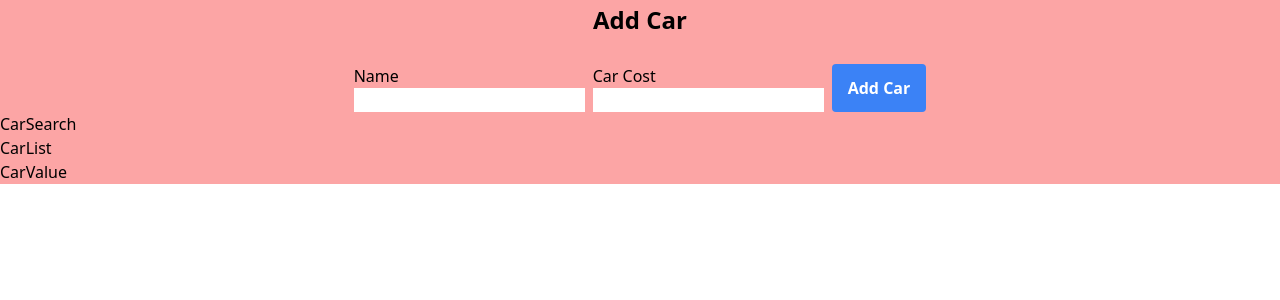
Repository: Marhamat92/carsappreduxtoolkit
Page: /
The author's editor kept a copy of each file at every save. The page is drawn from the files as they stood at one save, then again after the next save.
The browser window is 1280 px wide. The pictures show the whole page.
The project was rebuilt for these pictures with package versions that can differ from the ones it lists, and the page was loaded fresh each time.

Above is the page before, as saved 2023-01-23 21:09:36.

### src/index.js
import React from 'react';
import ReactDOM from 'react-dom/client';
import './index.css';
import App from './App';
import { Provider } from 'react-redux';
import { store } from './store'


const root = ReactDOM.createRoot(document.getElementById('root'));
root.render(
  <Provider store={store}>
    <App />
  </Provider>
);

### src/App.js
import CarForm from "./components/CarForm";
import CarList from "./components/CarList";
import CarSearch from "./components/CarSearch";
import CarValue from "./components/CarValue";


function App() {
  return (
    <div className="container mx-auto  bg-red-300">
      <CarForm />
      <CarSearch />
      <CarList />
      <CarValue />
    </div>
  );
}

export default App;

### src/store/index.js
import { configureStore } from "@reduxjs/toolkit";
import {
  carsReducer,
  addCar,
  removeCar,
  changeSearchTerm,
} from "./slices/carsSlice";
import { formReducer, changeName, changeCost } from "./slices/formSlice";

const store = configureStore({
  reducer: {
    cars: carsReducer,
    form: formReducer,
  },
})

export { store, addCar, removeCar, changeSearchTerm, changeName, changeCost };

### src/components/CarForm.js
import React from 'react'

function CarForm() {
  return (
    <div className='flex flex-col items-center justify-center'>
      <h1 className='font-bold text-2xl py-1' >Add Car</h1>
      <div className='mt-6'>
        <form className='flex flex-row space-x-2'>
          <div className='flex flex-col'>
            <label htmlFor='make'>Name</label>
            <input type='text' name='carName' id='carName' />
          </div>
          <div className='flex flex-col'>
            <label htmlFor='price'>Car Cost</label>
            <input type='text' name='price' id='price' />
          </div>
          <button className='bg-blue-500 hover:bg-blue-700 text-white font-bold  px-4 rounded ' type='submit'>Add Car</button>
        </form>
      </div>
    </div>
  )
}

export default CarForm

### src/components/CarList.js
import React from 'react'

function CarList() {
  return (
    <div>CarList</div>
  )
}

export default CarList

### src/components/CarSearch.js
import React from 'react'

function CarSearch() {
  return (
    <div>CarSearch</div>
  )
}

export default CarSearch

### src/components/CarValue.js
import React from 'react'

function CarValue() {
  return (
    <div>CarValue</div>
  )
}

export default CarValue

### src/store/slices/carsSlice.js
import { createSlice, nanoid } from '@reduxjs/toolkit';

const carsSlice = createSlice({
  name: 'cars',
  initialState: {
    cars: [],
    searchTerm: ''
  },
  reducers: {
    changeSearchTerm(state, action) {
      state.searchTerm = action.payload;
    },
    addCar(state, action) {
      //Assumption:
      //action.payload is an object with the following properties:
      //name, cost, id
      state.cars.push({
        name: action.payload.name,
        cost: action.payload.cost,
        id: nanoid()
      })
    },
    removeCar(state, action) {
      //Assumption:
      //action.payload is the id of the car to remove
      const updatedCars = state.cars.filter((car) => {
        return car.id !== action.payload;
      })
      state.cars = updatedCars;
    }

  }
})

export const { changeSearchTerm, addCar, removeCar } = carsSlice.actions;
export const carsReducer = carsSlice.reducer;

### src/store/slices/formSlice.js
import { createSlice } from '@reduxjs/toolkit';

const formSlice = createSlice({
  name: 'form',
  initialState: {
    name: '',
    cost: 0
  },
  reducers: {
    changeName(state, action) {
      state.name = action.payload;
    },
    changeCost(state, action) {
      state.cost = action.payload;
    }
  }
})

export const { changeName, changeCost } = formSlice.actions;
export const formReducer = formSlice.reducer;

Loaded but not shown: public/index.html (common file); src/index.css (common file); tailwind.config.js (common file)

After the next save:
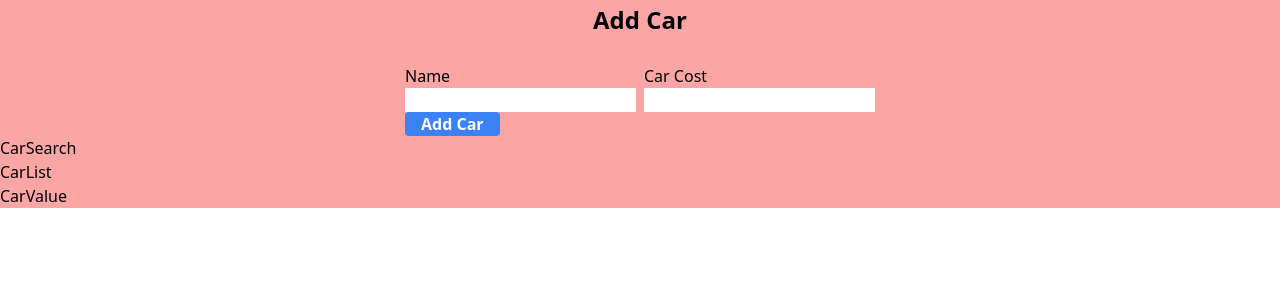
Saved 41 s later.
--- a/src/components/CarForm.js
+++ b/src/components/CarForm.js
@@ -5,15 +5,18 @@ function CarForm() {
     <div className='flex flex-col items-center justify-center'>
       <h1 className='font-bold text-2xl py-1' >Add Car</h1>
       <div className='mt-6'>
-        <form className='flex flex-row space-x-2'>
-          <div className='flex flex-col'>
-            <label htmlFor='make'>Name</label>
-            <input type='text' name='carName' id='carName' />
+        <form className=''>
+          <div className='flex flex-row space-x-2'>
+            <div className='flex flex-col'>
+              <label htmlFor='make'>Name</label>
+              <input type='text' name='carName' id='carName' />
+            </div>
+            <div className='flex flex-col'>
+              <label htmlFor='price'>Car Cost</label>
+              <input type='text' name='price' id='price' />
+            </div>
           </div>
-          <div className='flex flex-col'>
-            <label htmlFor='price'>Car Cost</label>
-            <input type='text' name='price' id='price' />
-          </div>
+
           <button className='bg-blue-500 hover:bg-blue-700 text-white font-bold  px-4 rounded ' type='submit'>Add Car</button>
         </form>
       </div>
